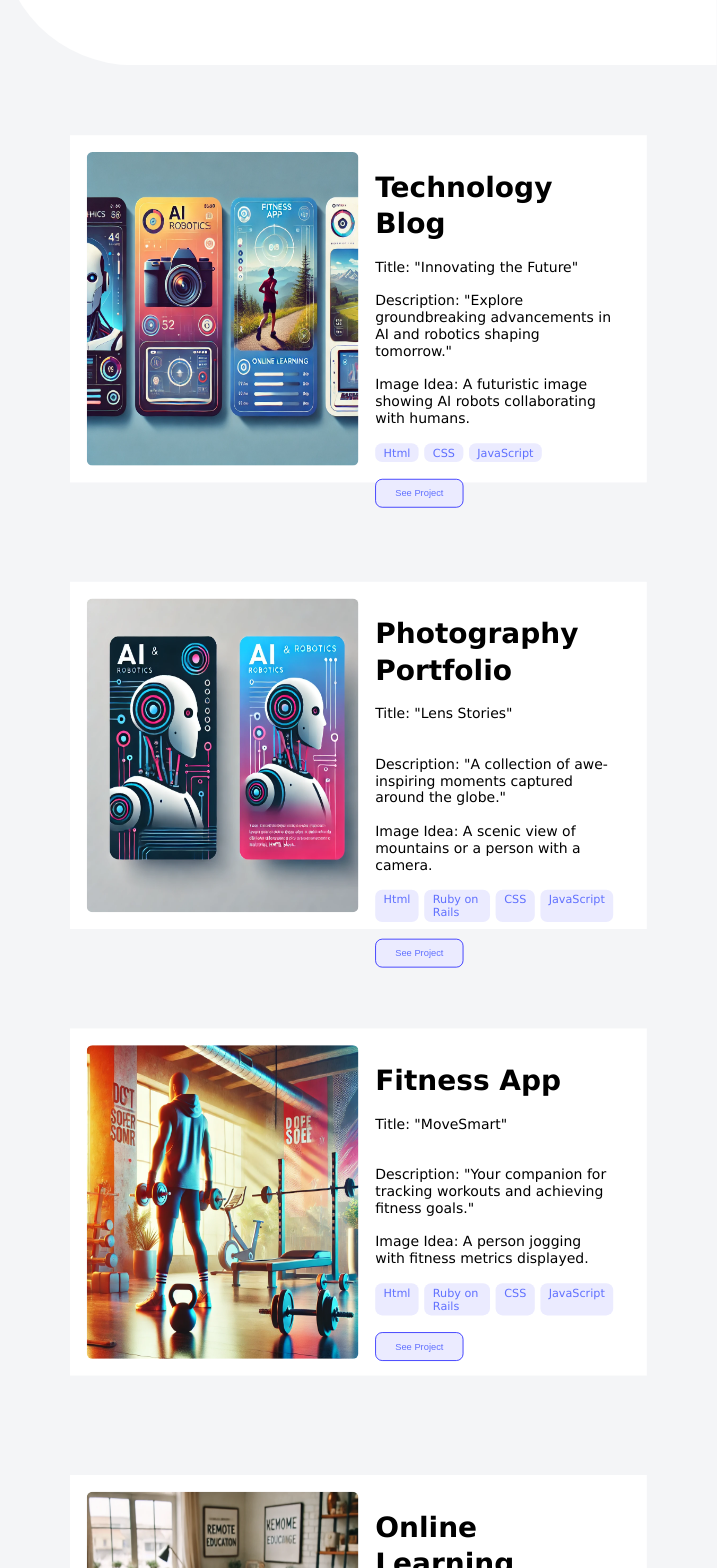
Repository: usman3123/portfolio-template-3
Page: portfolio.html
An editor plug-in stored every save of this project. The page is shown before and after the next save, followed by the edit.
The browser window is 1024 px wide. The pictures show the part of the page from y = 753 to 2993 px (the page is 3456 px tall), at 70% of full size.
Some web libraries are served in a nearby version.

Above is the page before, as saved 2025-01-25 13:35:36.

After the next save:
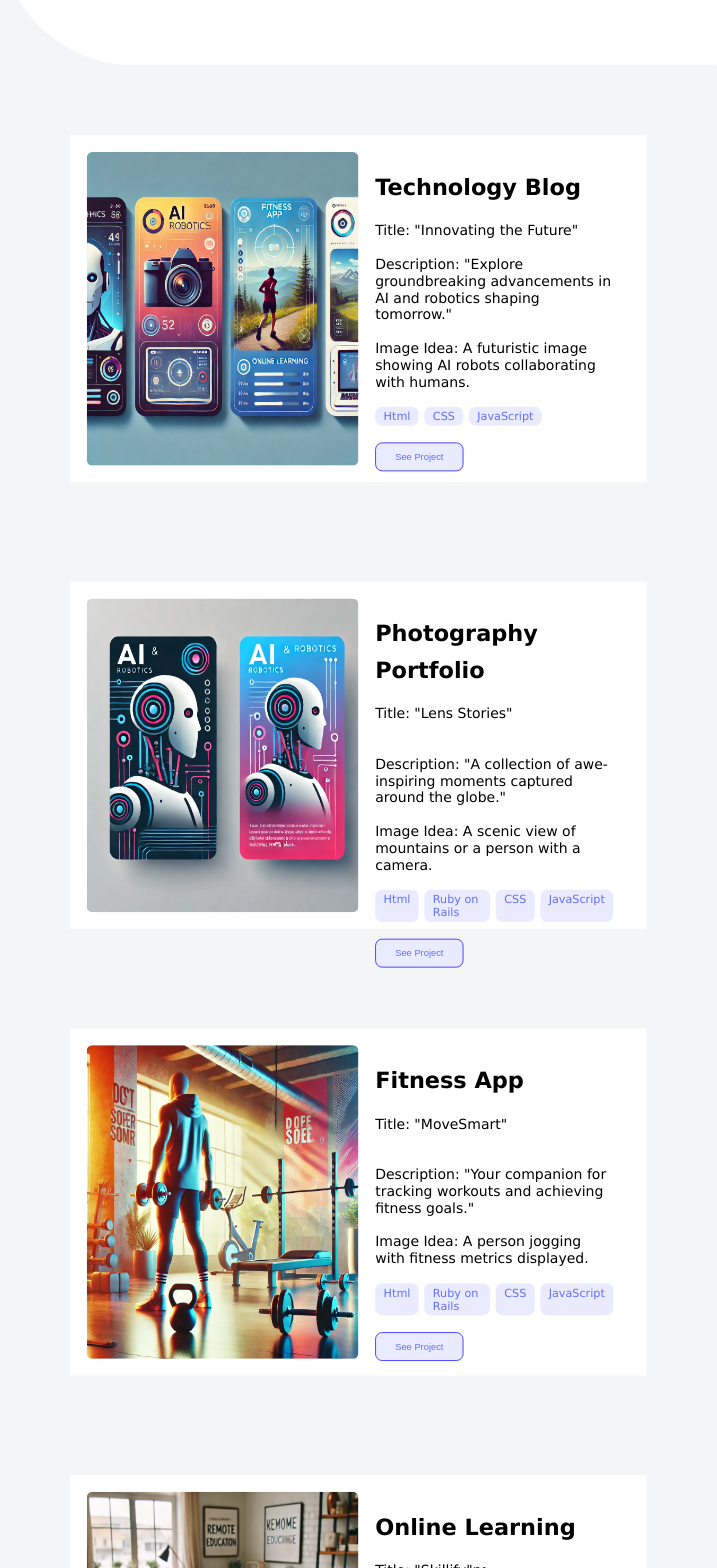
Saved 4 min 57 s later.
--- a/style.css
+++ b/style.css
@@ -171,6 +171,10 @@ body {
     .hero-head {
         width: 53%;
     }
+    .card-content > h2 {
+        font-size: 2rem;
+    }
+
 }
 @media (max-width : 500px) {
     .hero-head {
